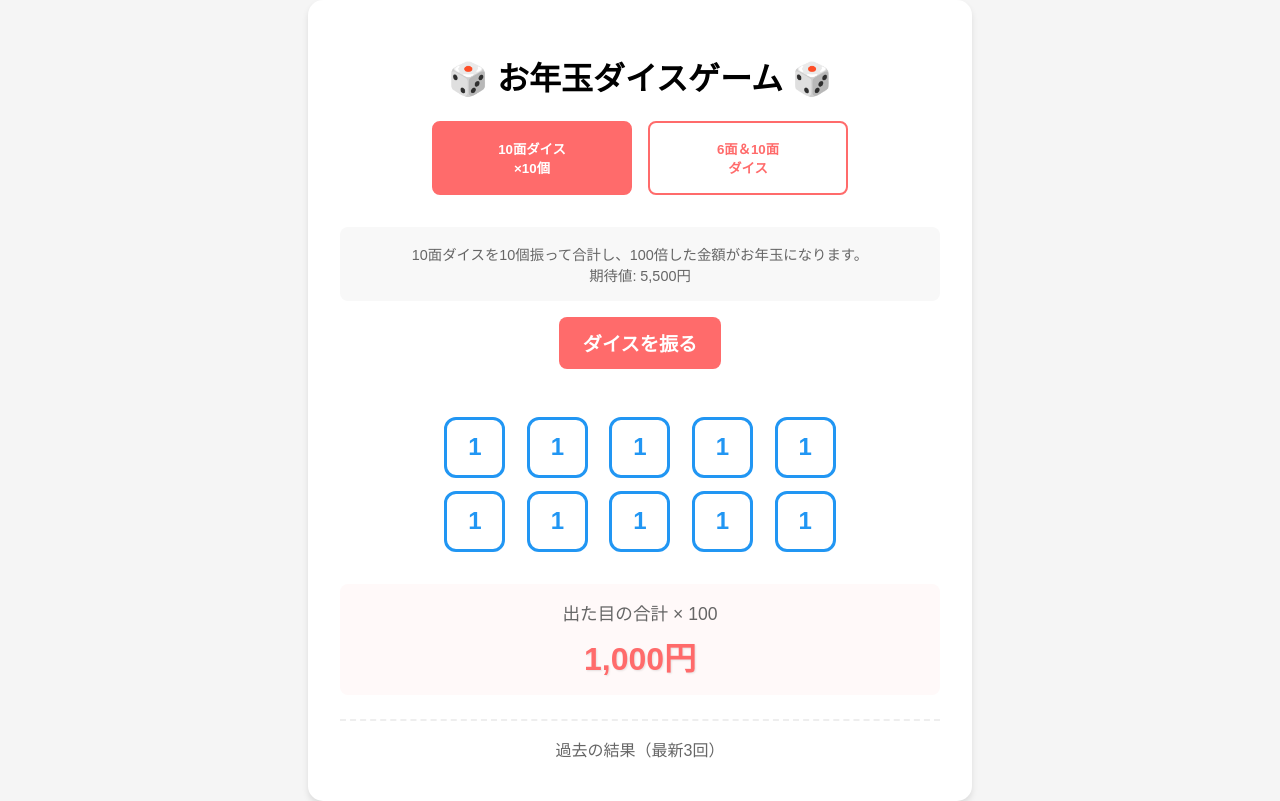
Repository: kigasudayooo/temporary_analysis
Page: newyear/nobu.html
These files come from the project's save history. The page is drawn as it stood at one moment and after the next save; the edit follows.
The browser window is 1280 px wide. The pictures show the whole page.

Above is the page before, as saved 2024-12-31 23:19:40.

After the next save:
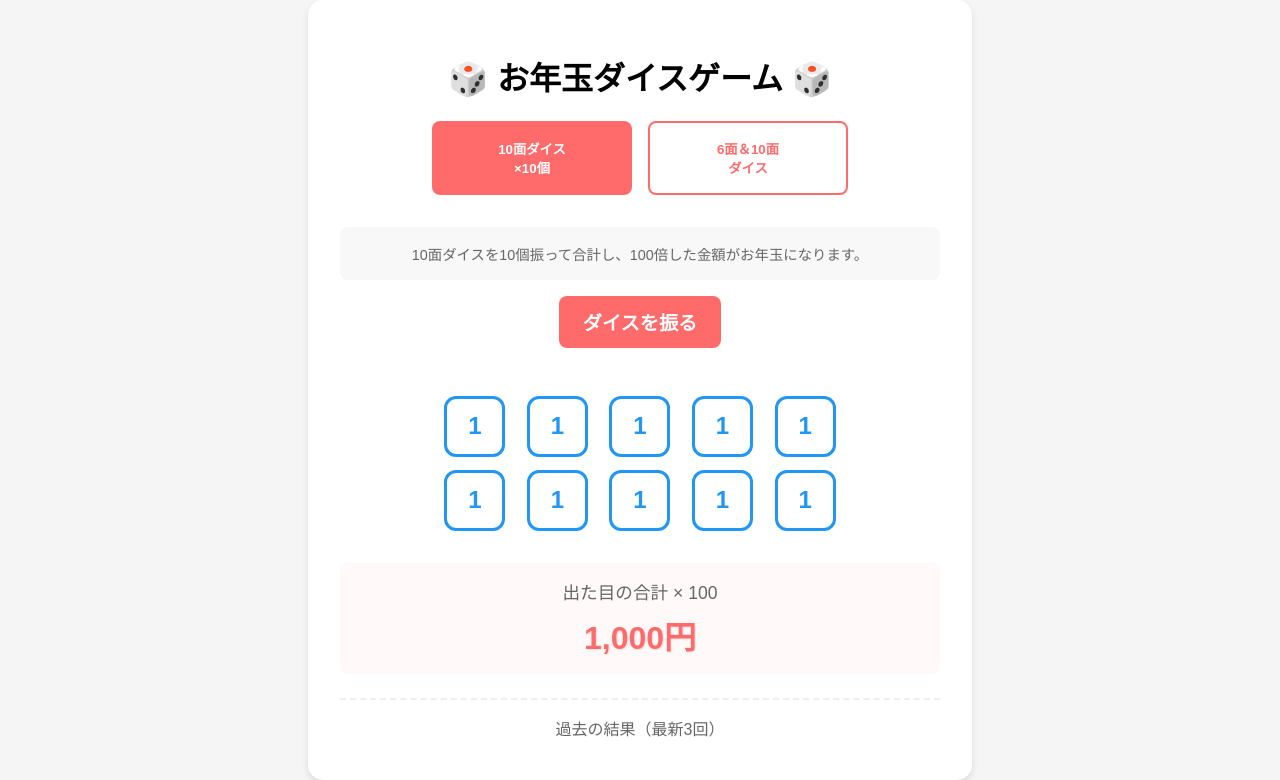
Saved 85 s later.
--- a/newyear/nobu.html
+++ b/newyear/nobu.html
@@ -205,7 +205,6 @@
 
       <div class="mode-description" id="mode-description">
         10面ダイスを10個振って合計し、100倍した金額がお年玉になります。<br />
-        期待値: 5,500円
       </div>
 
       <button onclick="rollDice()" id="roll-button" class="roll-button">
@@ -270,8 +269,8 @@
         // 説明文の更新
         const description =
           mode === "normal"
-            ? "10面ダイスを10個振って合計し、100倍した金額がお年玉になります。<br>期待値: 5,500円"
-            : "6面ダイスと10面ダイスを振って掛け合わせ、250倍した金額がお年玉になります。<br>期待値: 4,812円";
+            ? "10面ダイスを10個振って合計し、100倍した金額がお年玉になります"
+            : "6面ダイスと10面ダイスを振って掛け合わせ、250倍した金額がお年玉になります";
         document.getElementById("mode-description").innerHTML = description;
 
         // ラベルの更新
